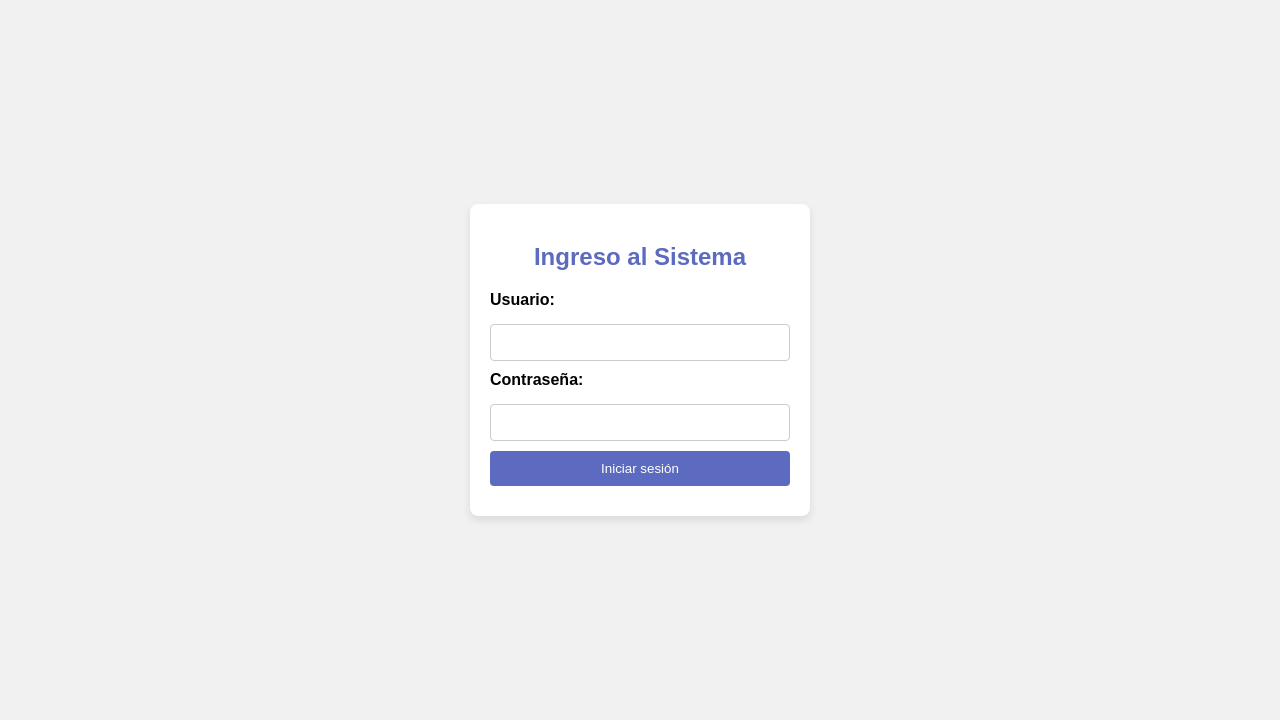
Repository: djkeviin/Mi-primera-chamba
Page: index.html
An editor plug-in stored every save of this project. The page is shown before and after the next save, followed by the edit.
The browser window is 1280 px wide. The pictures show the whole page.

Above is the page before, as saved 2025-05-01 21:36:50.
Console error: TypeError: Cannot read properties of null (reading 'addEventListener')

After the next save:
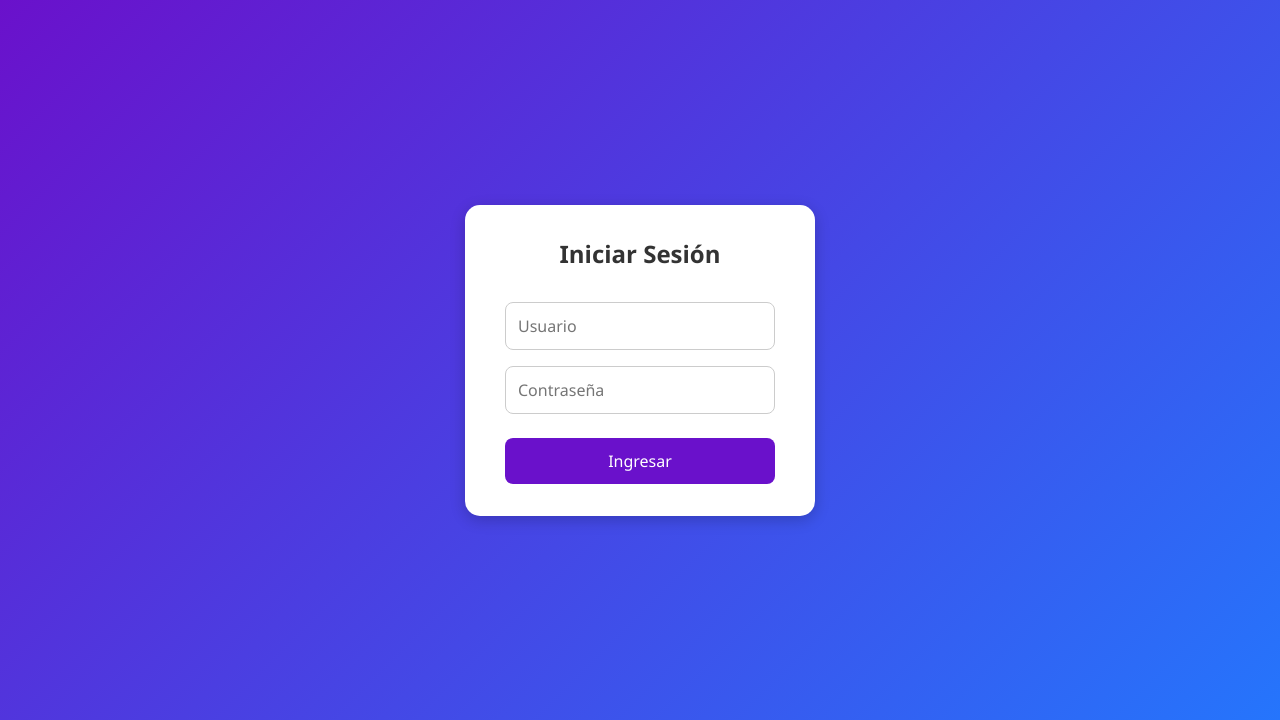
The error is gone.
Saved 2 s later.
--- a/index.html
+++ b/index.html
@@ -1,26 +1,21 @@
 <!DOCTYPE html>
 <html lang="es">
 <head>
-    <meta charset="UTF-8">
-    <meta name="viewport" content="width=device-width, initial-scale=1.0">
-    <title>Login - Sistema de Compras</title>
-    <link rel="stylesheet" href="css/styles.css">
+  <meta charset="UTF-8" />
+  <meta name="viewport" content="width=device-width, initial-scale=1.0"/>
+  <title>Login</title>
+  <link rel="stylesheet" href="css/login.css" />
 </head>
 <body>
-    <div class="login-container">
-        <h2>Ingreso al Sistema</h2>
-        <form id="login-form">
-            <label for="username">Usuario:</label>
-            <input type="text" id="username" name="username" required>
+  <div class="login-container">
+    <h2>Iniciar Sesión</h2>
+    <form id="loginForm">
+      <input type="text" id="username" placeholder="Usuario" required />
+      <input type="password" id="password" placeholder="Contraseña" required />
+      <button type="submit">Ingresar</button>
+    </form>
+  </div>
 
-            <label for="password">Contraseña:</label>
-            <input type="password" id="password" name="password" required>
-
-            <button type="submit">Iniciar sesión</button>
-        </form>
-        <div class="error-message" id="error-message"></div>
-    </div>
-
-    <script src="../js/login.js"></script>
+  <script src="js/login.js"></script>
 </body>
 </html>
